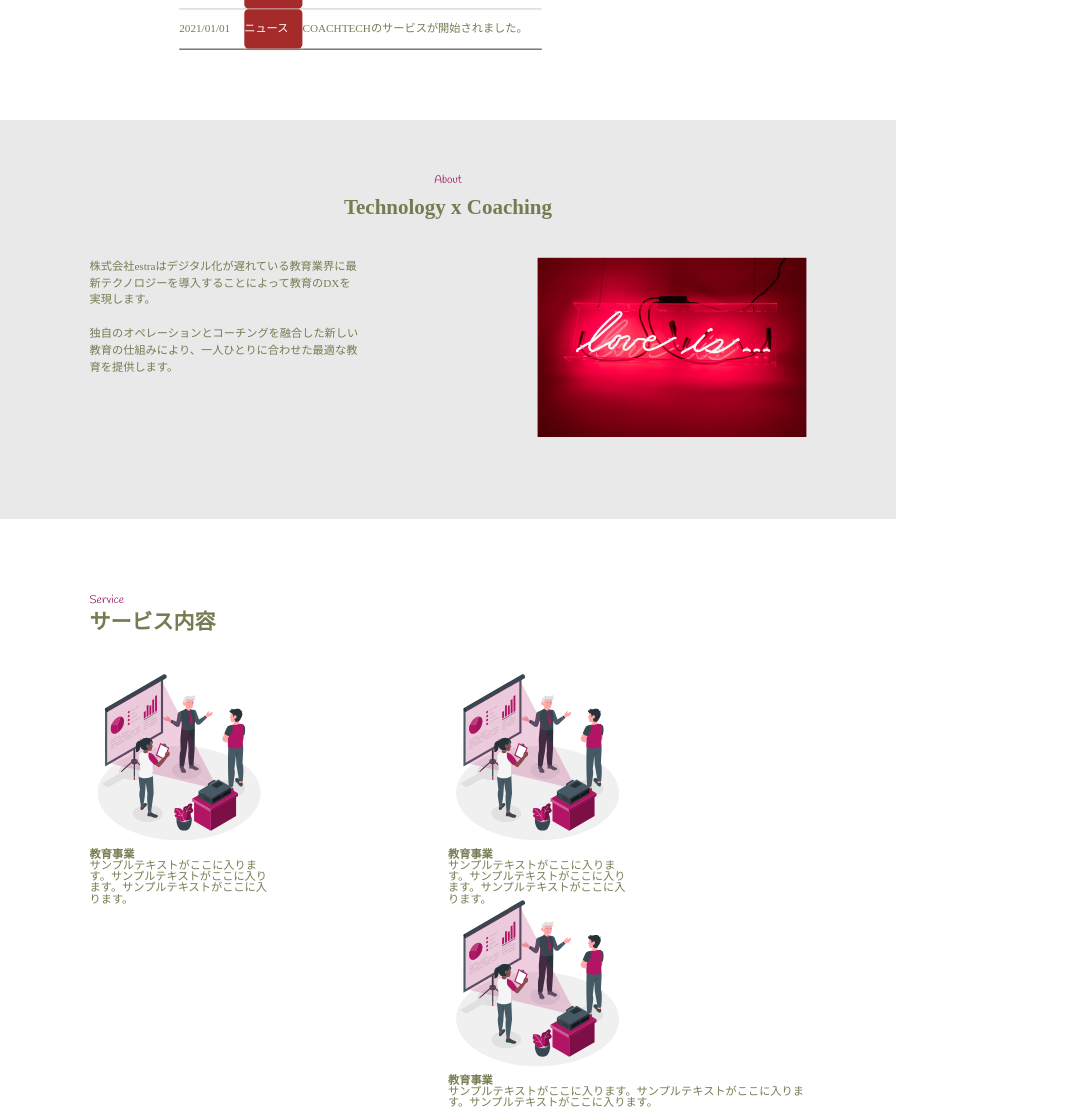
Repository: masanarimiura/20220504miura
Page: index.html
An editor plug-in stored every save of this project. The page is shown before and after the next save, followed by the edit.
The browser window is 1280 px wide. The page is 1536 px wide, so the pictures cover 1536 px, including what lies to the right of the window. The pictures show the part of the page from y = 965 to 2565 px (the page is 2565 px tall), at 70% of full size.
Some web fonts or font styles are not loaded; a fallback is used.

Above is the page before, as saved 2022-05-04 21:54:02.

After the next save:
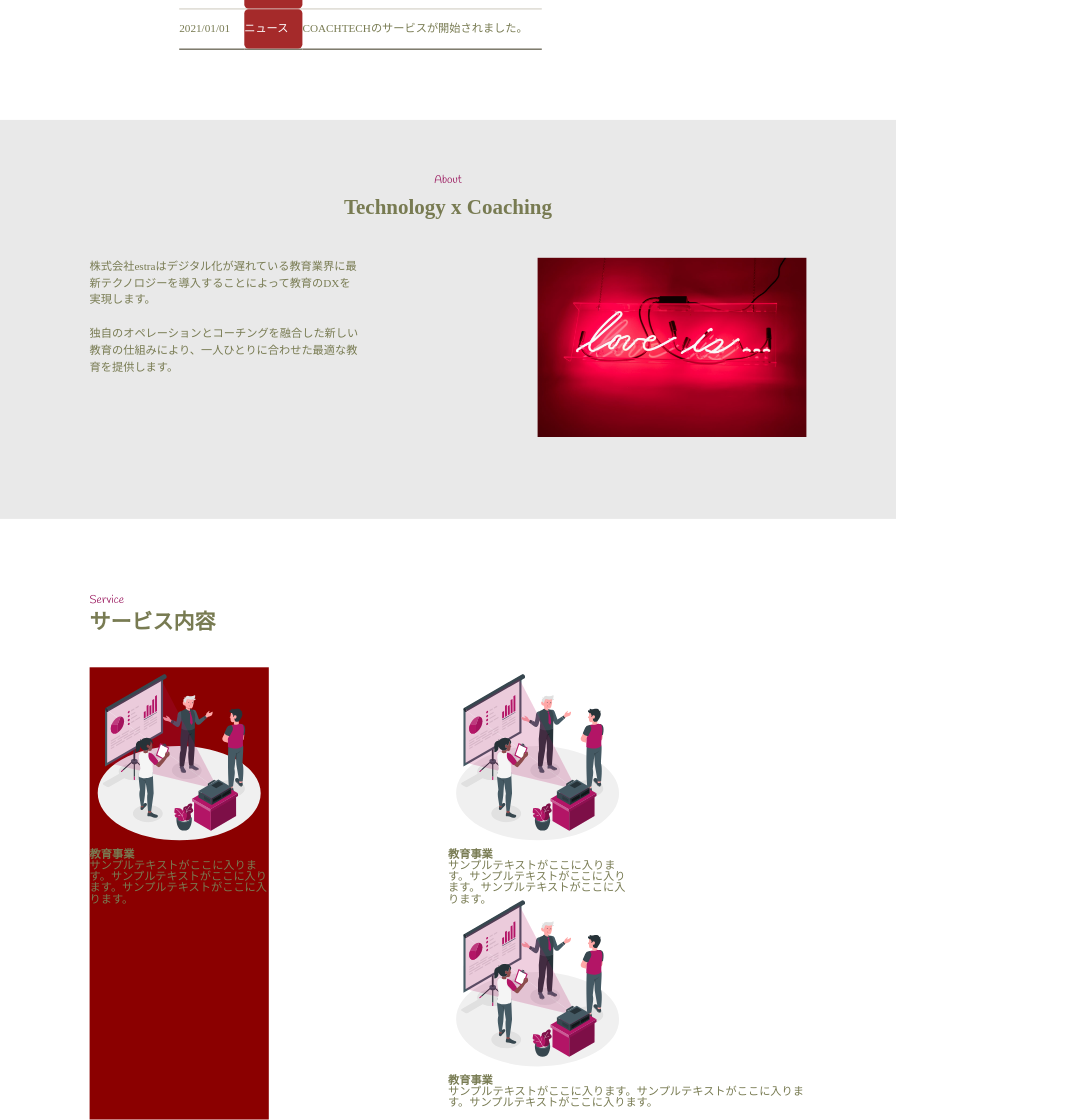
Saved 6 s later.
--- a/css/style.css
+++ b/css/style.css
@@ -145,7 +145,7 @@ a {
 .service-box1 {
   grid-column: 1/2;
   grid-row: 1/3;
-  background-color: ;
+  background-color: darkred;
 }
 .service-box2 {
   grid-column: 2/3;
